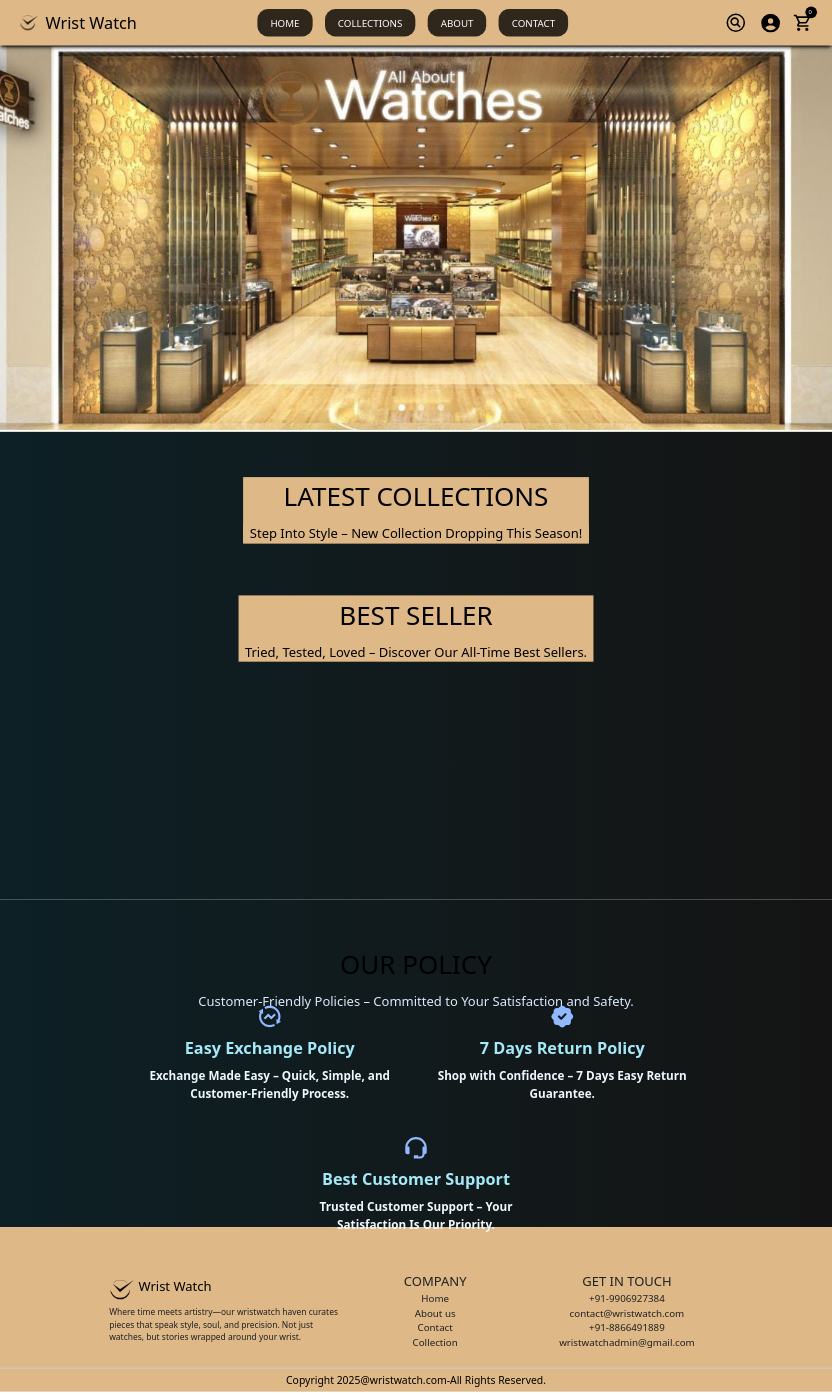
Repository: mansibhanushali/online_watch_ecommerce_mernstack_webapplication
Page: / (app in frontend/)
These files come from the project's save history. The page is drawn as it stood at one moment and after the next save; the edit follows.
The browser window is 1280 px wide. The pictures show the whole page, at 65% of full size.
The page's requests for data from a server got no answer. The project was rebuilt for these pictures with package versions that can differ from the ones it lists, and the page was loaded fresh each time. No one was signed in, and anything a server would have sent is missing. Also part of the build but not shown: frontend/vite.config.js, frontend/src/component/Loading.jsx, frontend/src/pages/Registration.jsx, frontend/src/component/Card.jsx, frontend/src/pages/Login.jsx, frontend/src/pages/About.jsx, frontend/src/pages/Collections.jsx, frontend/src/pages/Contact.jsx and 6 more.

Above is the page before, as saved 2025-08-16 16:54:30.

After the next save:
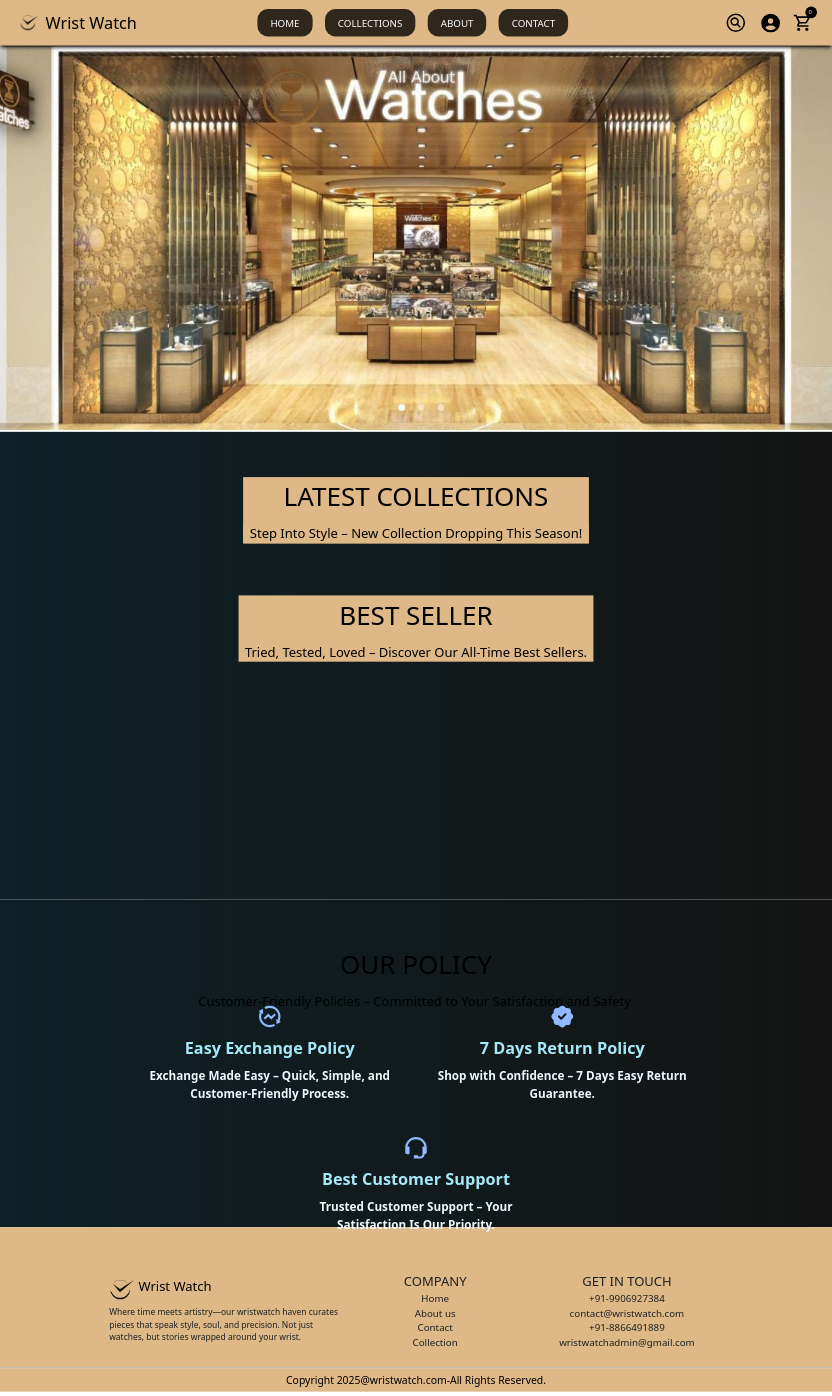
Saved 16 s later.
--- a/frontend/src/component/OurPolicy.jsx
+++ b/frontend/src/component/OurPolicy.jsx
@@ -9,7 +9,7 @@ function OurPolicy() {
     <div className='w-[100vw] h-[100vh] md:h-[70vh] flex items-center justify-start flex-col  bg-gradient-to-l from-[#141414] to-[#0c2025] gap-[50px] '>
         <div className='h-[8%] w-[100%] text-center mt-[70px] '>
             <Title text1={<span className='text-[black]'>OUR</span>} text2={<span className='text-[black]'>POLICY</span>}/>
-            <p className='w-[100%] m-auto text-[13px] md:text-[20px] px-[10px] text-blue-100 '>Customer-Friendly Policies – Committed to Your Satisfaction and Safety.</p>
+            <p className='w-[100%] m-auto text-[13px] md:text-[20px] px-[10px] text-black '>Customer-Friendly Policies – Committed to Your Satisfaction and Safety.</p>
         </div>
       <div className='w-[100%] md:min-h-[50%] h-[20%] flex items-center justify-center flex-wrap lg:gap-[50px] gap-[80px]'>
         <div className='w-[400px] max-w-[90%] h-[60%] flex items-center justify-center flex-col gap-[10px] '>
